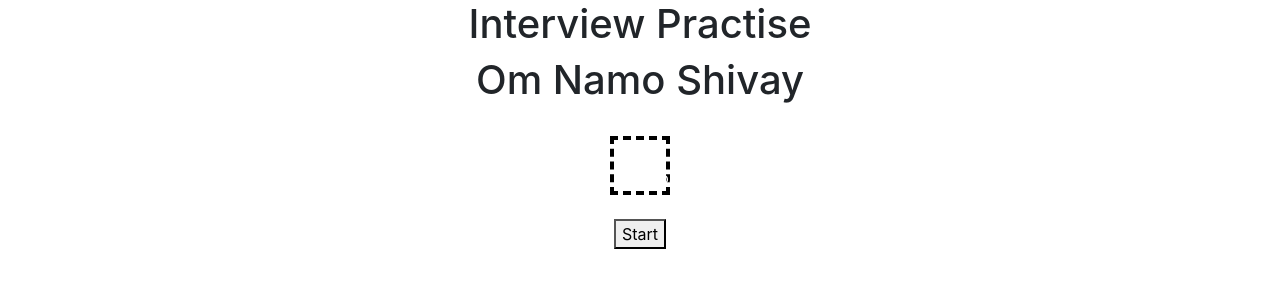
Repository: punitbathija/Machine-Round-React
Page: /
The author's editor kept a copy of each file at every save. The page is drawn from the files as they stood at one save, then again after the next save.
The browser window is 1280 px wide. The pictures show the whole page.
The project was rebuilt for these pictures with package versions that can differ from the ones it lists, and the page was loaded fresh each time. Also part of the build but not shown: src/components/counter.jsx.

Above is the page before, as saved 2023-06-01 12:41:32.

### src/index.js
import React from "react";
import ReactDOM from "react-dom/client";
import Counter from "./components/counter";
import "./index.css";
import ProgressBar from "./components/ProgressBar";
// import FetchApi from "./components/FetchApi";

const root = ReactDOM.createRoot(document.getElementById("root"));
root.render(
  <>
    <h1 className="text-center">Interview Practise</h1>
    {/* <Counter /> */}
    {/* <FetchApi /> */}
    <ProgressBar />
  </>
);

### src/components/ProgressBar.js
import React, { useEffect, useState } from "react";

const ProgressBar = () => {
  const [progress, setProgress] = useState(0);
  const [isRunning, setIsRunning] = useState(false);

  useEffect(() => {
    if (progress < 100 && isRunning) {
      setTimeout(() => {
        setProgress((prev) => prev + 2);
      }, 100);
    }
  }, [isRunning, progress]);

  return (
    <div
      style={{
        display: "flex",
        flexDirection: "column",
        alignItems: "center",
        justifyContent: "center",
        margin: "auto",
      }}
    >
      <h1>Om Namo Shivay</h1>
      <br />
      <div
        style={{
          textAlign: "center",
          height: "20px",
          width: `${progress}%`,
          backgroundColor: "linear-gradient(to right, black, yellow",
          color: "white",
          transition: "ease",
          border: "4px dashed black",
          padding: "2%",
        }}
      >
        {progress}Loading... %
      </div>
      <br />
      <button onClick={() => setIsRunning(true)}>Start</button>
    </div>
  );
};

export default ProgressBar;

Loaded but not shown: public/index.html (common file); src/index.css (common file)

After the next save:
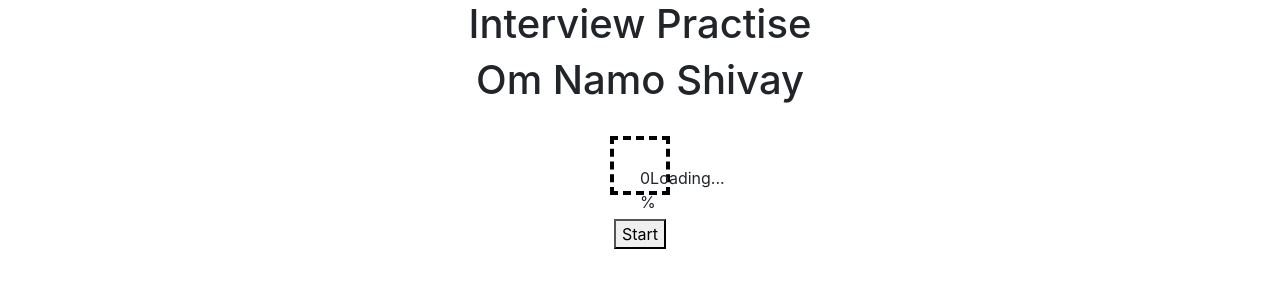
Saved 16 s later.
--- a/src/components/ProgressBar.js
+++ b/src/components/ProgressBar.js
@@ -30,7 +30,7 @@ const ProgressBar = () => {
           height: "20px",
           width: `${progress}%`,
           backgroundColor: "linear-gradient(to right, black, yellow",
-          color: "white",
+          //   color: "white",
           transition: "ease",
           border: "4px dashed black",
           padding: "2%",
